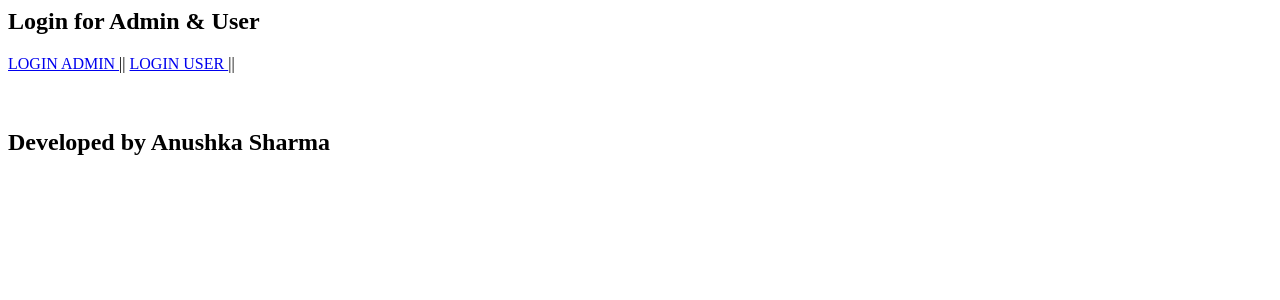
Repository: AnushkaSharma9/Make-an-E-commerce-Website-For-SportyShoes-sportyshoes
Page: http://localhost/phase3-Project-SportyShoes-Webappplication/index2.jsp
These files come from the project's save history. The page is drawn as it stood at one moment and after the next save; the edit follows.
The browser window is 1280 px wide. The pictures show the whole page.
The page is served by Tomcat 9. Nobody is signed in. The application's start-up code is not run. Other server files are loaded and not shown.

Above is the page before, as saved 2021-10-25 20:34:21.

### phase3-Project-SportyShoes-Webappplication/src/main/webapp/index2.jsp
<html>
<body>
	<h2>Login for Admin & User</h2>
	<a href="login"> LOGIN ADMIN </a> ||
	<a href="ulogin"> LOGIN USER </a>  ||



	<br><br><br>
	<h2>Developed by Anushka Sharma</h2>
</body>
</html>

After the next save:
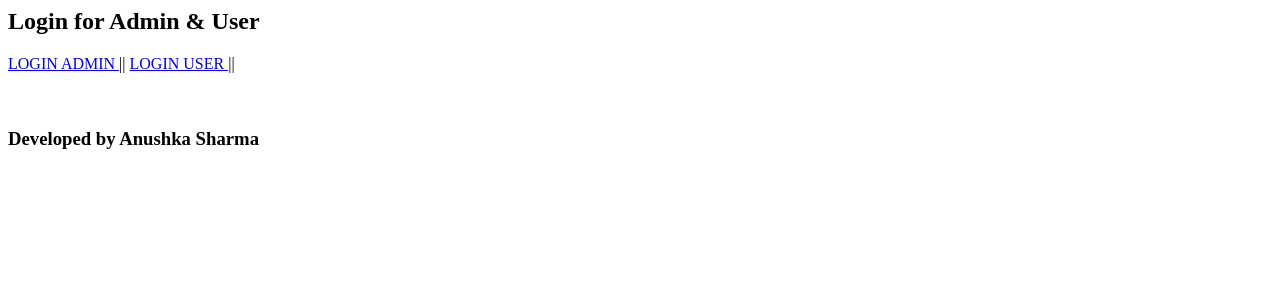
Saved 9 s later.
--- a/phase3-Project-SportyShoes-Webappplication/src/main/webapp/index2.jsp
+++ b/phase3-Project-SportyShoes-Webappplication/src/main/webapp/index2.jsp
@@ -7,6 +7,6 @@
 
 
 	<br><br><br>
-	<h2>Developed by Anushka Sharma</h2>
+	<h3>Developed by Anushka Sharma</h3>
 </body>
 </html>
